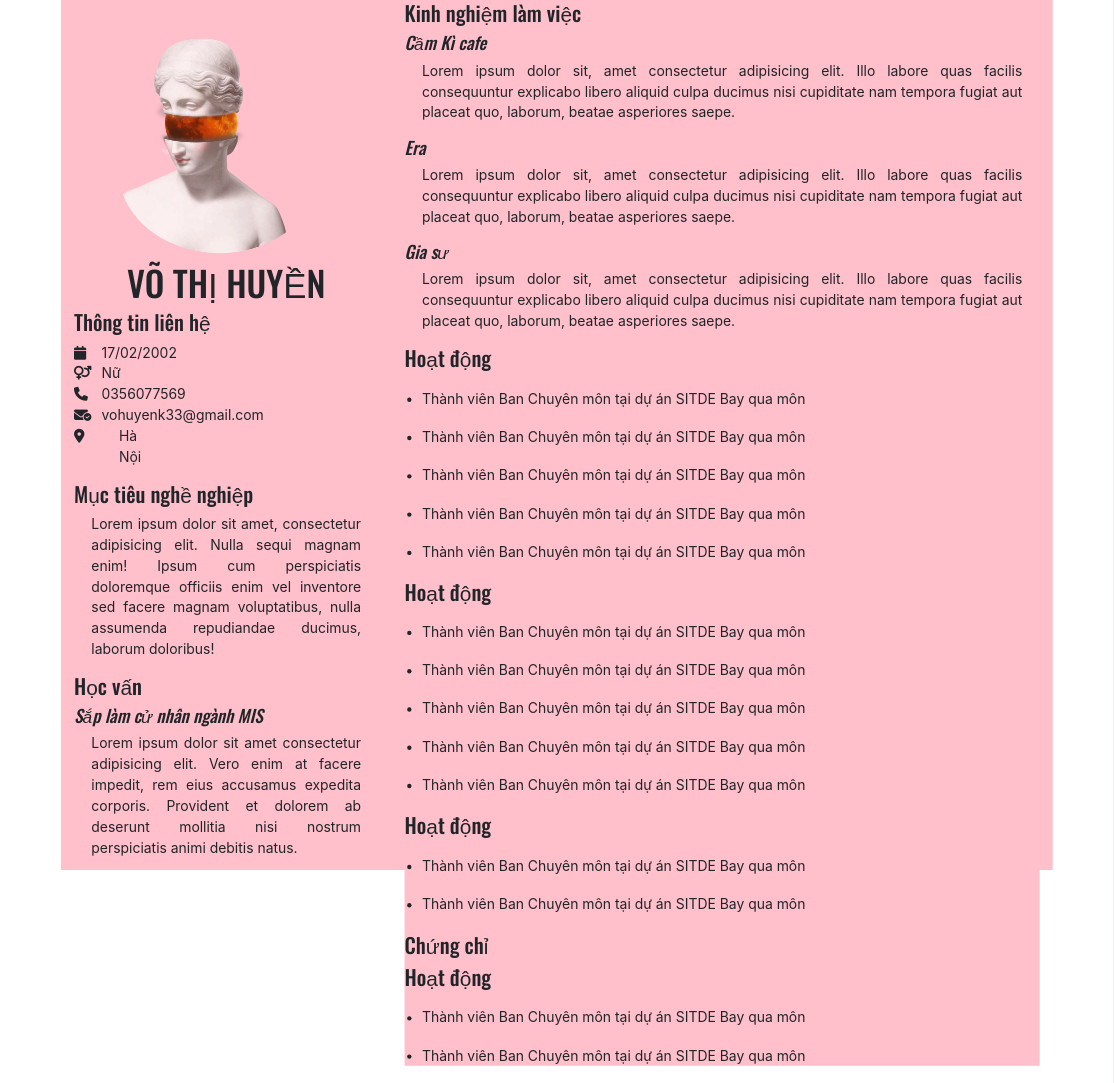
Repository: huyennvo/CSS
Page: CV/index.html
The author's editor kept a copy of each file at every save. The page is drawn from the files as they stood at one save, then again after the next save.
The browser window is 1280 px wide. The pictures show the whole page, at 87% of full size.
Some web libraries are served in a nearby version.

Above is the page before, as saved 2022-07-18 17:12:46.

### CV/index.html
<!DOCTYPE html>
<html lang="en">
<head>
    <meta charset="UTF-8">
    <meta http-equiv="X-UA-Compatible" content="IE=edge">
    <meta name="viewport" content="width=device-width, initial-scale=1.0">
    <title>CV</title>
    <link rel="stylesheet" href="./style.css">
    <link rel="stylesheet" href="https://cdn.jsdelivr.net/npm/bootstrap@4.6.1/dist/css/bootstrap.min.css" integrity="sha384-zCbKRCUGaJDkqS1kPbPd7TveP5iyJE0EjAuZQTgFLD2ylzuqKfdKlfG/eSrtxUkn" crossorigin="anonymous">
    <style>
        @import url('https://fonts.googleapis.com/css2?family=Open+Sans:ital,wght@1,500&family=Oswald:wght@500&display=swap');
    </style>
    <script src="https://kit.fontawesome.com/1b99fd25e4.js" crossorigin="anonymous"></script>
</head>
<body>
    <div class="container">
        <div class="row">
            <div class="left col-sm-4">
                <img src="./aurora101.png" class="rounded" alt="Cinque Terre">
                <h1>VÕ THỊ HUYỀN</h1>
                <h4>Thông tin liên hệ</h4>
                <div class="row">
                    <div class="left col-sm-1">

                            <i class="fa-solid fa-calendar"></i>

                            <i class="fa-solid fa-venus-mars"></i>

                            <i class="fa-solid fa-phone"></i>

                            <i class="fa-solid fa-envelope-circle-check"></i>

                            <i class="fa-solid fa-location-dot"></i>
                    </div>
                    <div class="left col-sm-3">
                            17/02/2002
                            <br>

                            Nữ
                            <br>

                            0356077569
                            <br>

                            vohuyenk33@gmail.com
                            <br>
                            <p>Hà Nội </p>
                    </div>

                </div>
                <h4>Mục tiêu nghề nghiệp</h4>
                <p>Lorem ipsum dolor sit amet, consectetur adipisicing elit. Nulla sequi magnam enim! Ipsum cum perspiciatis doloremque officiis enim vel inventore sed facere magnam voluptatibus, nulla assumenda repudiandae ducimus, laborum doloribus!</p>
                <h4>Học vấn</h4>
                <h5>Sắp làm cử nhân ngành MIS</h5>
                <p>Lorem ipsum dolor sit amet consectetur adipisicing elit. Vero enim at facere impedit, rem eius accusamus expedita corporis. Provident et dolorem ab deserunt mollitia nisi nostrum perspiciatis animi debitis natus.</p>
            </div>
        <div class=" col-sm-8">
        <div class="right">
            <h4>Kinh nghiệm làm việc</h4>
            <h5>Cầm Kì cafe</h5>
            <p>Lorem ipsum dolor sit, amet consectetur adipisicing elit. Illo labore quas facilis consequuntur explicabo libero aliquid culpa ducimus nisi cupiditate nam tempora fugiat aut placeat quo, laborum, beatae asperiores saepe.</p>
            <h5>Era</h5>
            <p>Lorem ipsum dolor sit, amet consectetur adipisicing elit. Illo labore quas facilis consequuntur explicabo libero aliquid culpa ducimus nisi cupiditate nam tempora fugiat aut placeat quo, laborum, beatae asperiores saepe.</p>
            <h5>Gia sư</h5>
            <p>Lorem ipsum dolor sit, amet consectetur adipisicing elit. Illo labore quas facilis consequuntur explicabo libero aliquid culpa ducimus nisi cupiditate nam tempora fugiat aut placeat quo, laborum, beatae asperiores saepe.</p>
            <h4>Hoạt động</h4>
            <ul>
                <li>Thành viên Ban Chuyên môn tại dự án SITDE Bay qua môn</li>
                <li>Thành viên Ban Chuyên môn tại dự án SITDE Bay qua môn</li>
                <li>Thành viên Ban Chuyên môn tại dự án SITDE Bay qua môn</li>
                <li>Thành viên Ban Chuyên môn tại dự án SITDE Bay qua môn</li>
                <li>Thành viên Ban Chuyên môn tại dự án SITDE Bay qua môn</li>
            </ul>
            <h4>Hoạt động</h4>
            <ul>
                <li>Thành viên Ban Chuyên môn tại dự án SITDE Bay qua môn</li>
                <li>Thành viên Ban Chuyên môn tại dự án SITDE Bay qua môn</li>
                <li>Thành viên Ban Chuyên môn tại dự án SITDE Bay qua môn</li>
                <li>Thành viên Ban Chuyên môn tại dự án SITDE Bay qua môn</li>
                <li>Thành viên Ban Chuyên môn tại dự án SITDE Bay qua môn</li>
            </ul>
            <h4>Hoạt động</h4>
            <ul>
                <li>Thành viên Ban Chuyên môn tại dự án SITDE Bay qua môn</li>
                <li>Thành viên Ban Chuyên môn tại dự án SITDE Bay qua môn</li>
            </ul>
            <h4>Chứng chỉ</h4>
            <h4>Hoạt động</h4>
            <ul>
                <li>Thành viên Ban Chuyên môn tại dự án SITDE Bay qua môn</li>
                <li>Thành viên Ban Chuyên môn tại dự án SITDE Bay qua môn</li>
            </ul>
        </div>
        </div>
    </div>
</body>
</html>

### CV/style.css
*{
    margin: 0px;
    padding: 0px;

}

.container {
    width: 500px;
    height: 1000px;
    background-color: pink;
    box-sizing: border-box;
}

img {
    display: block;
    max-width:300px;
    max-height:300px;
    width: auto;
    height: auto;
  }

h1, h4 {
    font-family: 'Open Sans', sans-serif;
    font-family: 'Oswald', sans-serif;
    text-align: center;
}

h4 {
    text-align: left;
}

h5{
    font-family: 'Open Sans', sans-serif;
    font-family: 'Oswald', sans-serif;
    font-style: italic;
}
.left {
    border: 15px;
    border-color: black;

}

.right {
    border-top: 50px;
    border-color: black;
    background-color: pink;
}

p, li {
    text-align: justify;
    margin: 20px;
}

After the next save:
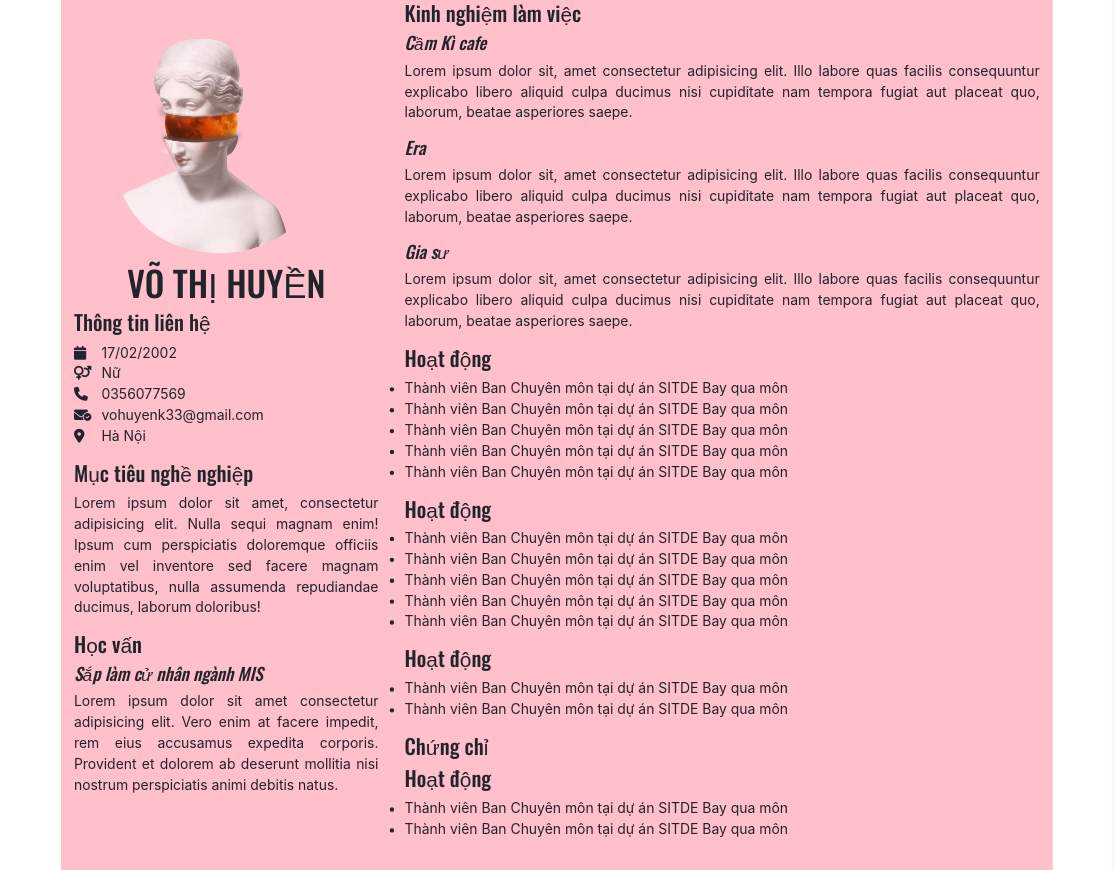
Saved 31 s later.
--- a/CV/style.css
+++ b/CV/style.css
@@ -48,5 +48,5 @@ h5{
 
 p, li {
     text-align: justify;
-    margin: 20px;
+    /* margin: 20px; */
 }
